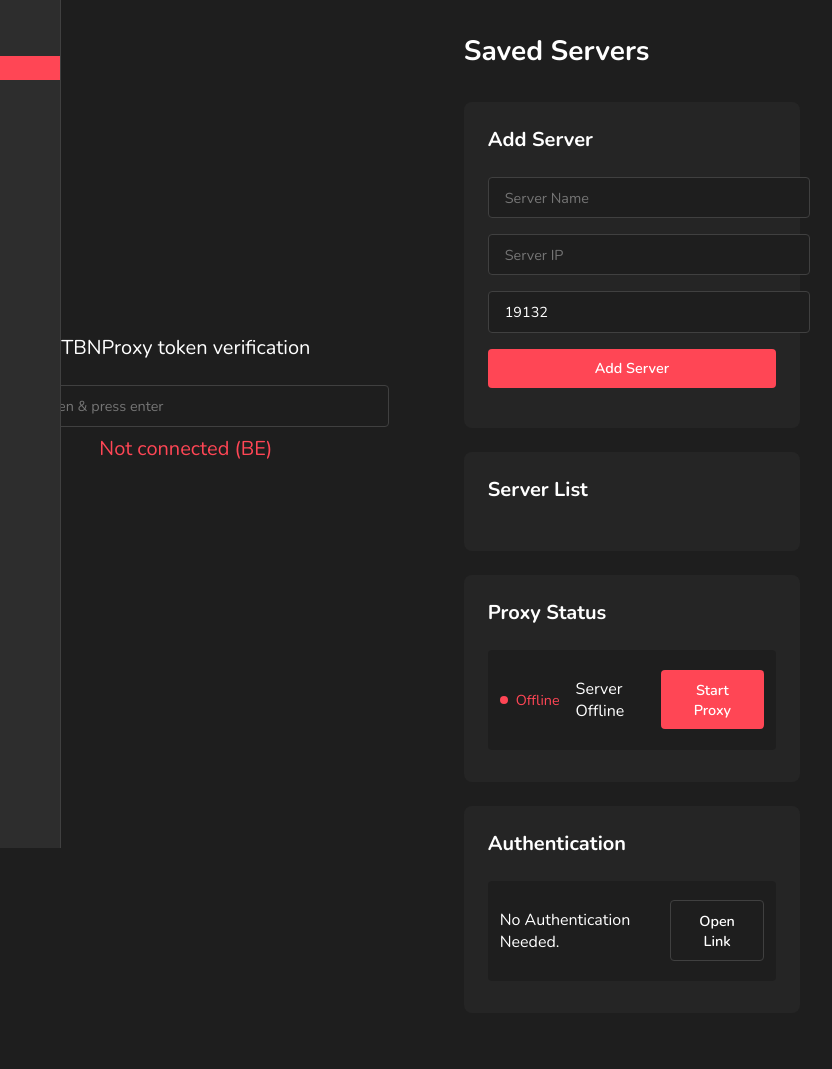
Repository: txdr/TBNProxyJS
Page: smdjd/desktop-views/index.html
The author's editor kept a copy of each file at every save. The page is drawn from the files as they stood at one save, then again after the next save.
The browser window is 768 px wide. The page is 832 px wide, then 768 px, so the pictures cover 832 px, including what lies to the right of the window. The pictures show the whole page.
The page's requests for data from a server got no answer.

Above is the page before, as saved 2025-01-07 16:39:08.

After the next save:
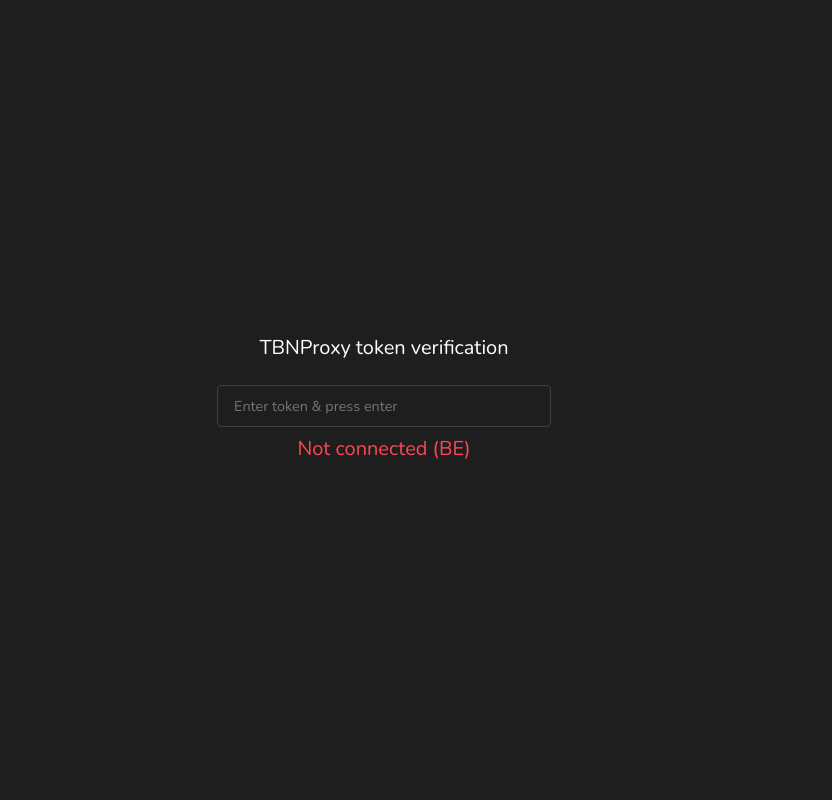
Saved 54 s later.
--- a/smdjd/desktop-views/css/style.css
+++ b/smdjd/desktop-views/css/style.css
@@ -17,7 +17,6 @@
     min-height: 100vh;
     font-family: "Nunito", sans-serif;
     color: var(--text-primary);
-    display: flex;
 }
 
 /* Sidebar Styles */
@@ -30,6 +29,7 @@
     top: 0;
     padding: 1.5rem 0;
     border-right: 1px solid var(--border-color);
+    z-index: 100;
 }
 
 .logo {
@@ -70,7 +70,7 @@
 .main-content {
     margin-left: 250px;
     padding: 2rem;
-    width: calc(100% - 250px);
+    min-height: 100vh;
 }
 
 .content-header {
@@ -90,6 +90,8 @@
     border-radius: 8px;
     padding: 1.5rem;
     margin-bottom: 1.5rem;
+    width: calc(100% - 3rem);
+    max-width: 1200px;
 }
 
 .server-header {
@@ -108,6 +110,16 @@
     display: flex;
     gap: 1rem;
     margin-bottom: 1rem;
+    flex-wrap: wrap;
+}
+
+.server-inputs input {
+    flex: 1;
+    min-width: 200px;
+}
+
+.server-inputs button {
+    min-width: 120px;
 }
 
 input, select {
@@ -118,7 +130,6 @@
     color: var(--text-primary);
     font-family: inherit;
     font-size: 0.9rem;
-    width: 200px;
 }
 
 input:focus, select:focus {
@@ -137,6 +148,8 @@
     font-size: 0.9rem;
     cursor: pointer;
     transition: all 0.2s ease;
+    min-width: 100px;
+    white-space: nowrap;
 }
 
 button:hover {
@@ -146,6 +159,7 @@
 button.secondary {
     background: transparent;
     border: 1px solid var(--border-color);
+    color: var(--text-primary);
 }
 
 button.secondary:hover {
@@ -154,6 +168,7 @@
 
 .server-list {
     margin-top: 1rem;
+    width: 100%;
 }
 
 .server-item {
@@ -164,17 +179,20 @@
     background: var(--bg-dark);
     border-radius: 4px;
     margin-bottom: 0.5rem;
+    width: calc(100% - 1.5rem);
 }
 
 .server-item-info {
     display: flex;
     align-items: center;
     gap: 1rem;
+    flex: 1;
 }
 
 .server-item-actions {
     display: flex;
     gap: 0.5rem;
+    margin-left: 1rem;
 }
 
 /* Token Section */
@@ -193,6 +211,11 @@
     margin-bottom: 1.5rem;
 }
 
+#token input {
+    width: 300px;
+    max-width: 90%;
+}
+
 #verification-error {
     color: var(--danger);
     font-size: 0.9rem;
@@ -205,6 +228,7 @@
     align-items: center;
     gap: 0.5rem;
     font-size: 0.9rem;
+    white-space: nowrap;
 }
 
 .status-indicator::before {
@@ -213,6 +237,7 @@
     height: 8px;
     border-radius: 50%;
     background: currentColor;
+    flex-shrink: 0;
 }
 
 .status-online {
@@ -223,7 +248,36 @@
     color: var(--danger);
 }
 
+/* Home Container */
+#home {
+    display: none;
+    min-height: 100vh;
+    width: 100%;
+}
+
 /* Responsive Design */
+@media (max-width: 1024px) {
+    .server-inputs {
+        flex-direction: column;
+    }
+
+    .server-inputs input,
+    .server-inputs button {
+        width: 100%;
+    }
+
+    .server-item {
+        flex-direction: column;
+        gap: 1rem;
+    }
+
+    .server-item-actions {
+        width: 100%;
+        justify-content: flex-end;
+        margin-left: 0;
+    }
+}
+
 @media (max-width: 768px) {
     .sidebar {
         width: 60px;
@@ -235,14 +289,11 @@
 
     .main-content {
         margin-left: 60px;
-        width: calc(100% - 60px);
-    }
-
-    .server-inputs {
-        flex-direction: column;
-    }
-
-    input, select {
-        width: 100%;
-    }
-}
+        padding: 1rem;
+    }
+
+    .server-section {
+        width: calc(100% - 2rem);
+        padding: 1rem;
+    }
+}
